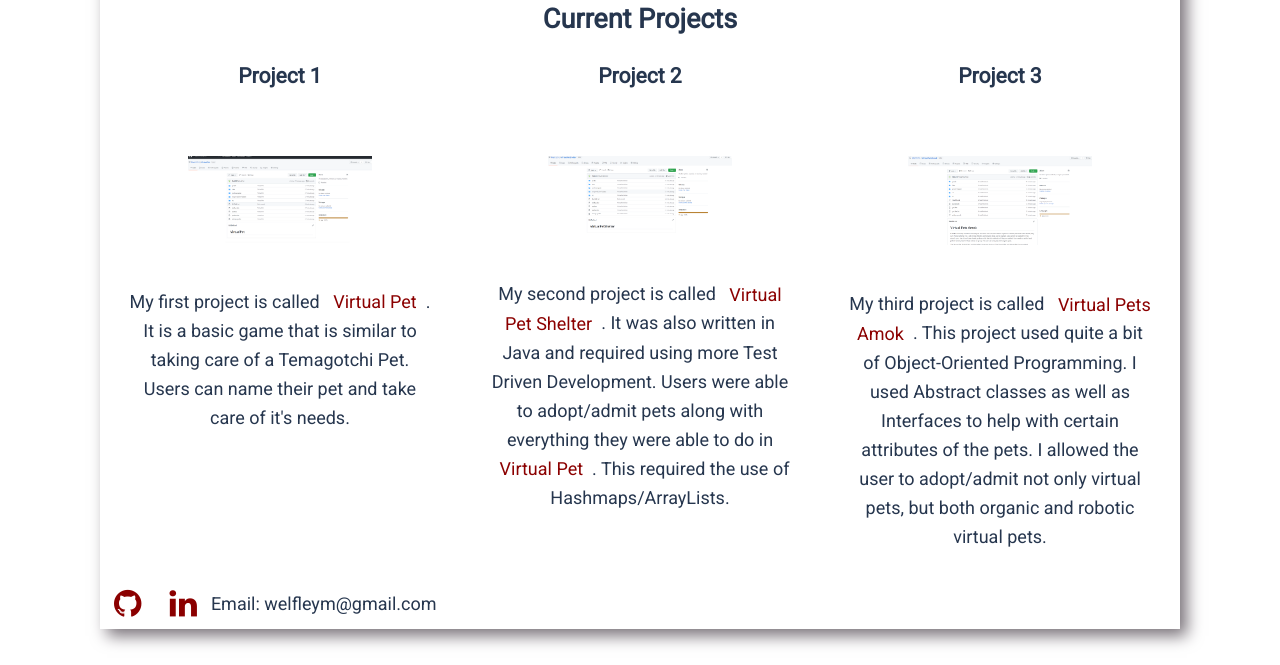
Repository: Matt1218/Matt1218.github.io
Page: index.html
An editor plug-in stored every save of this project. The page is shown before and after a run of saves, followed by the edit.
The browser window is 1280 px wide. The pictures show the part of the page from y = 565 to 1230 px (the page is 1230 px tall).
A picture or video elsewhere on the page could not be fetched, so the positions and the page height are approximate.

Above is the page before, as saved 2022-03-21 14:06:55.

After the next 2 saves:
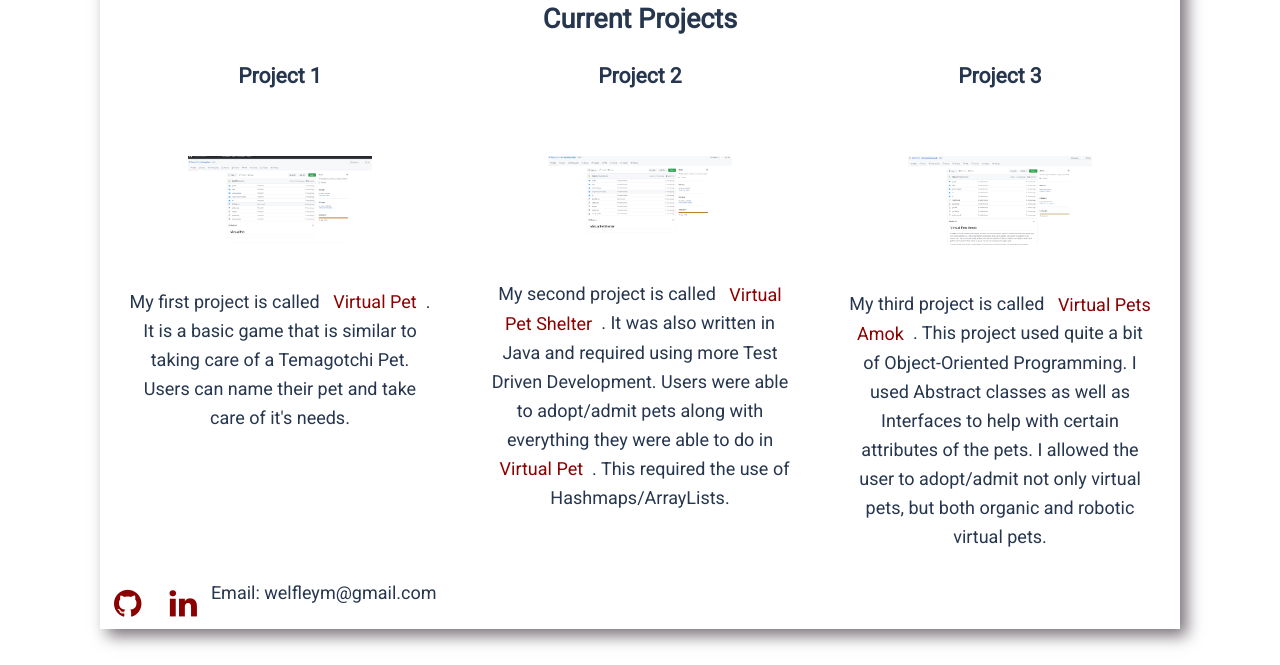
The 2 saves are shown as one change because they came seconds apart.
The last was saved 24 s later.
--- a/style.css
+++ b/style.css
@@ -106,7 +106,7 @@ a {
 
 #footer{
     display: flex;
-    align-items: center;
+    align-items: r;
 }
 
 #footer a {
